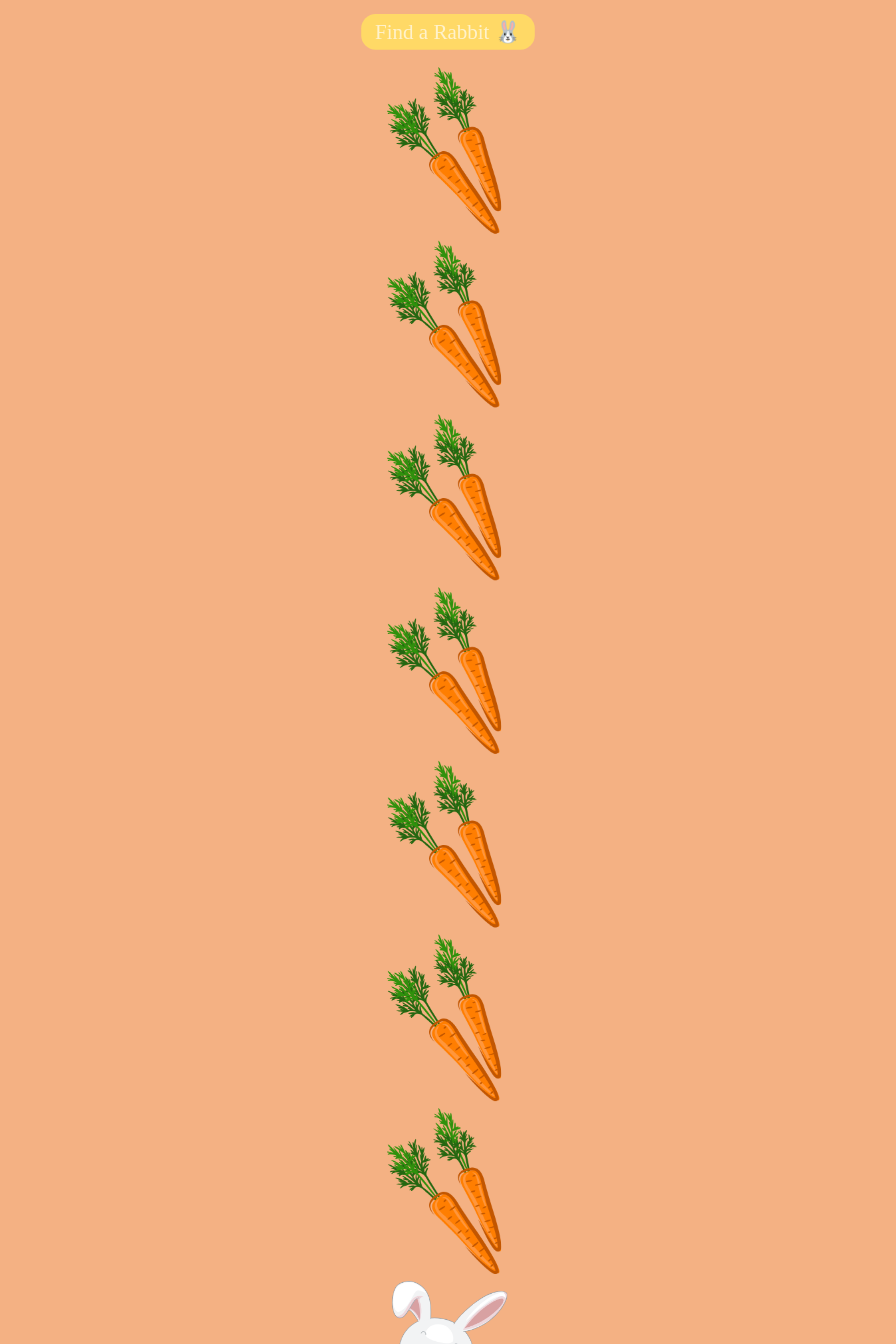
Repository: sephinejo/frontend-browser-101
Page: browser/practice-find-rabbit/index.html
The author's editor kept a copy of each file at every save. The page is drawn from the files as they stood at one save, then again after the next save.
The browser window is 1280 px wide. The pictures show the part of the page from y = 0 to 1920 px (the page is 3032 px tall before and 3022 px after), at 70% of full size.
Some web fonts or font styles are not loaded; a fallback is used.

Above is the page before, as saved 2023-05-10 21:18:13.

After the next save:
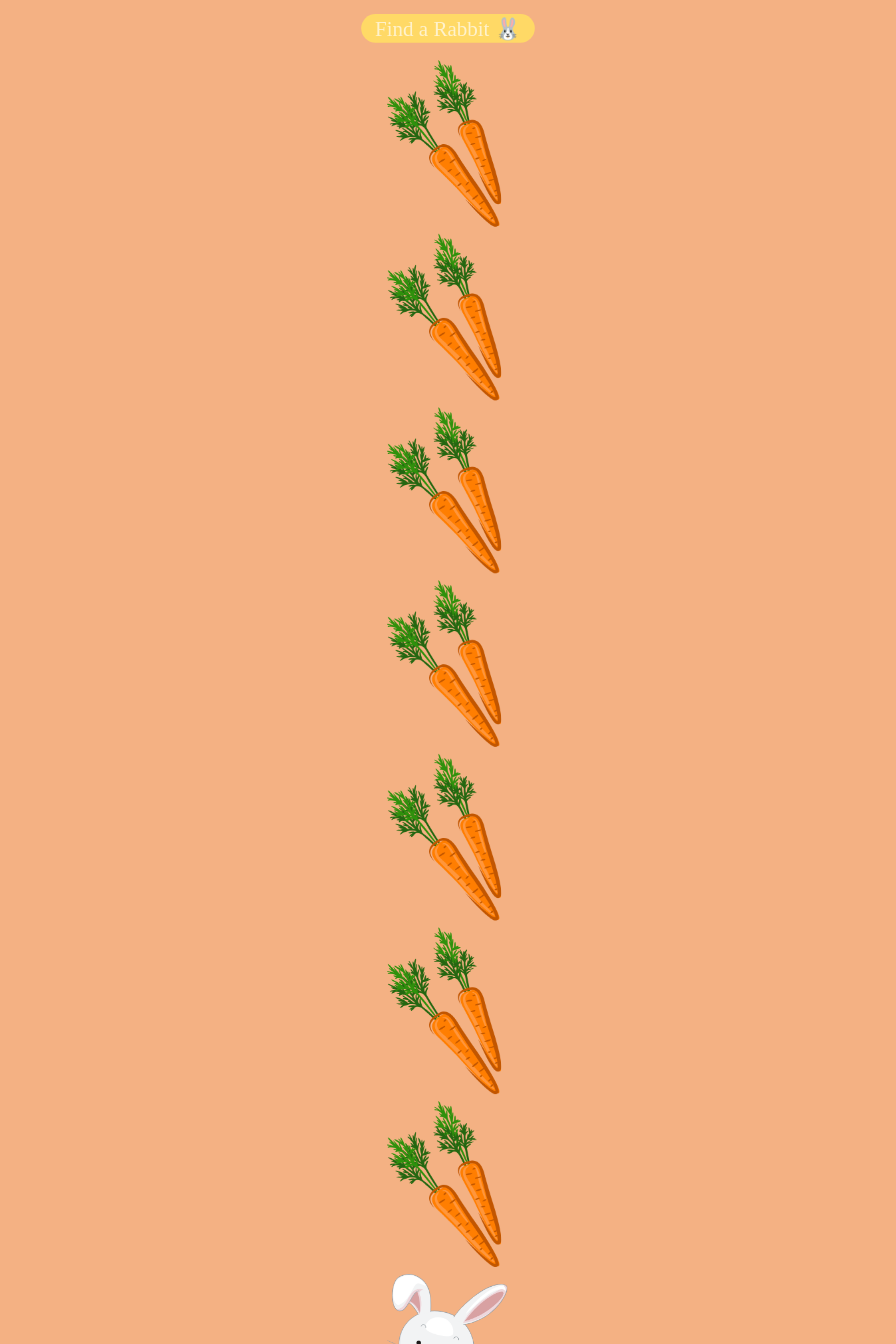
Saved 10 s later.
--- a/browser/practice-find-rabbit/index.html
+++ b/browser/practice-find-rabbit/index.html
@@ -23,7 +23,7 @@
         border-style: none;
         border-radius: 1.3rem;
         margin: 20px 0;
-        padding: 8px 20px;
+        padding: 3px 20px;
         background-color: #ffd966;
         color: #fff2cc;
         font-size: 30px;
